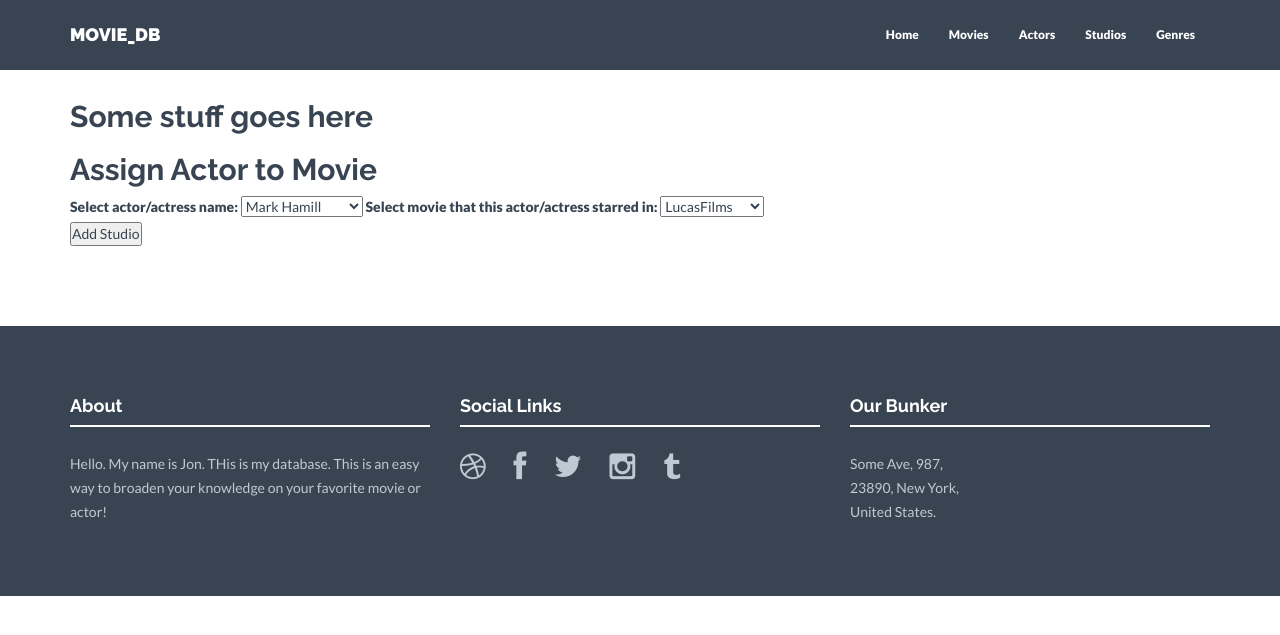
Repository: jonak91/Buzzerd-index
Page: http://localhost/assign_actortomovie.php
The author's editor kept a record of every edit. The page is drawn from the files as they stood at one moment, then again after the next edit.
The browser window is 1280 px wide. The pictures show the whole page.
Some web libraries are served in a nearby version. The page is run by PHP 8.4 with error messages shown; the project is at /var/www/html/. The database holds what the project's SQL file puts in it.

Above is the page before.
Not found: assets/js/modernizr.js

After the next edit:
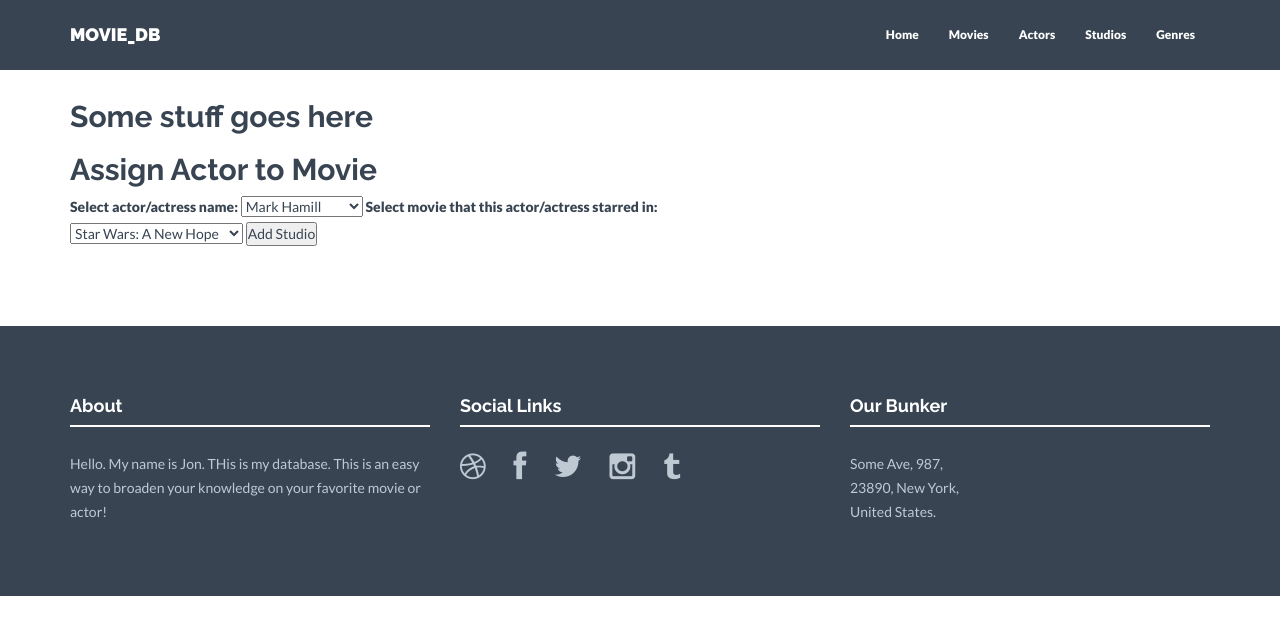
The edit:
--- a/assign_actortomovie.php
+++ b/assign_actortomovie.php
@@ -26,9 +26,9 @@
 							 <label for="movie"> Select movie that this actor/actress starred in:</label>
 									<select name="studioID">
 										<?php
-										$studios = get_studios();
-										foreach($studios as $studio){ ?>
-										<option value="<?php echo $studio['sID']; ?>"><?php echo $studio['name']; ?></option>
+										$movies = get_movies();
+										foreach($movies as $movie){ ?>
+										<option value="<?php echo $movie['mID']; ?>"><?php echo $movie['title']; ?></option>
 										<?php } ?>
 									</select>
 							<input type="submit" name="submit" value="Add Studio" />
